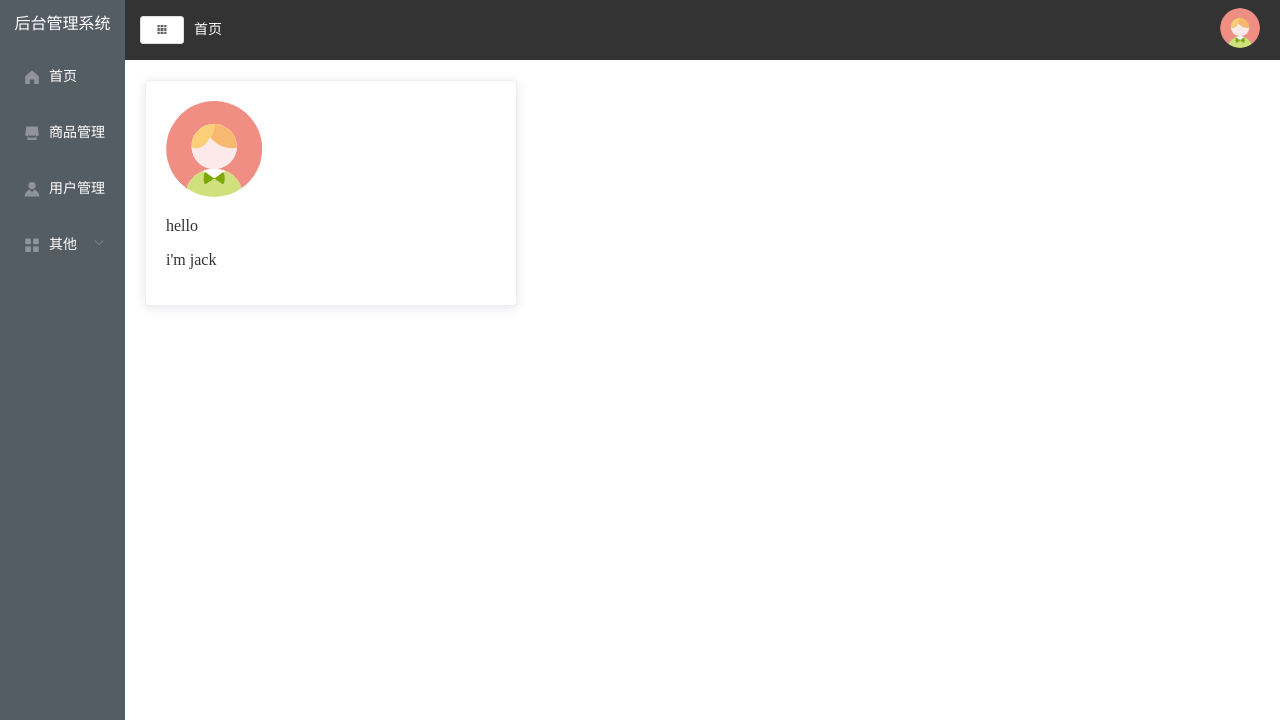
Repository: tkqi/manage
Page: /
These files come from the project's save history. The page is drawn as it stood at one moment and after a run of saves; the edit follows.
The browser window is 1280 px wide. The pictures show the whole page.
The project was rebuilt for these pictures with package versions that can differ from the ones it lists, and the page was loaded fresh each time. Also part of the build but not shown: vue.config.js.

Above is the page before, as saved 2023-12-03 15:31:11.

### src/main.js
import Vue from 'vue'
import App from './App.vue'
import router from './router'
import store from './store'
import ElementUI from 'element-ui';
import 'element-ui/lib/theme-chalk/index.css';

Vue.config.productionTip = false
Vue.use(ElementUI);

new Vue({
  router,
  store,
  render: h => h(App)
}).$mount('#app')

### src/App.vue
<template>
  <div id="app">
    <!-- 路由出口 -->
    <router-view />
  </div>
</template>

<script>
export default {
  name: 'App'
}
</script>

<style lang="less">
html,
body,
h3 {
  margin: 0;
  padding: 0;
}
</style>

### src/router/index.js
import Vue from 'vue'
import VueRouter from 'vue-router'
import routes from './routes'
Vue.use(VueRouter)


const router = new VueRouter({
  routes: routes
})

// 暴露router实例
export default router

### src/store/index.js
import Vue from 'vue'
import Vuex from 'vuex'
import tab from './tab.js'

Vue.use(Vuex)

const store = new Vuex.Store({
  state: {

  },
  getters: {
  },
  mutations: {
  },
  actions: {
  },
  modules: {
    tab
  }
})

export default store;

### src/router/routes.js
export default [
    // 主路由
    {
        path: '/',
        component: () => import('../views/Main.vue'),
        redirect: '/home',// 重定向
        // 子路由
        children: [
            {
                // 首页
                path: '/home',
                // 路由组件懒加载
                component: () => import('../views/Home.vue')
            },
            {
                // 用户管理
                path: '/user',
                component: () => import('../views/User.vue')
            },
            {
                // 商品管理
                path: '/mall',
                component: () => import('../views/Mall.vue')
            },
            {
                // 其他/页面1
                path: '/page1',
                component: () => import('../views/Page1.vue')
            },
            {
                // 其他/页面2
                path: '/page2',
                component: () => import('../views/Page2.vue')
            },
        ]
    },
    {
        path: '/home',
        // 路由组件懒加载
        component: () => import('../views/Home.vue')
    },
    {
        path: '/user',
        component: () => import('../views/User.vue')
    }
]

### src/store/tab.js
// 菜单相关数据
export default {
    state: {
        isCollapse: false
    },
    getters: {
        getisCollapse: (state) => state.isCollapse
    },
    mutations: {
        EDITIsCollapse(state){
            state.isCollapse = !state.isCollapse;
        }
    }
}

### src/views/Main.vue
<!-- eslint-disable vue/multi-word-component-names -->
<template>
    <div>
        <el-container>
            <el-aside width="auto">
                <sidebar />
            </el-aside>
            <el-container>
                <el-header>
                    <topbar />
                </el-header>
                <el-main>
                    <transition>
                        <router-view />
                    </transition>
                </el-main>
            </el-container>
        </el-container>
    </div>
</template>

<script>
import sidebar from '../components/sidebar.vue'
import topbar from '../components/topbar.vue';
export default {
    components: {
        sidebar,
        topbar
    }
}
</script>

<style lang="less" scoped>
.el-header {
    padding: 0;
    margin: 0;
}
</style>

### src/views/Home.vue
<!-- eslint-disable vue/multi-word-component-names -->
<template>
    <el-row>
        <el-col :span="8">
            <div class="grid-content bg-purple">
                <el-card class="box-card">
                    <div>
                        <img class="img" src="../assets/img/user-default.png" alt="">
                    </div>
                    <div>
                        <p>hello</p>
                        <p>i'm jack</p>
                    </div>
                </el-card>
            </div>
        </el-col>
        <el-col :span="16">
            <div class="grid-content bg-purple-light"></div>
        </el-col>
    </el-row>
</template>

<script>
export default {
    data() {
        return {

        }
    }
}
</script>

<style lang="less" scoped></style>

### src/components/sidebar.vue
<!-- eslint-disable vue/multi-word-component-names -->
<template>
    <el-menu class="menu" @open="handleOpen" @close="handleClose" :collapse="isCollapse" background-color="#545c64"
        text-color="#fff" active-text-color="#ffd04b">
        <h3>{{ !isCollapse?'后台管理系统':'后台' }}</h3>
        <el-menu-item v-for="item in noChildren" :key="item.name" :index="item.name" @click="clickMenu(item)">
            <i :class="`el-icon-${item.icon}`"></i>
            <span slot="title">{{ item.label }}</span>
        </el-menu-item>
        <el-submenu v-for="item in hasChildren" :key="item.label" :index="item.label">
            <template slot="title">
                <i :class="`el-icon-${item.icon}`"></i>
                <span slot="title">{{ item.label }}</span>
            </template>
            <el-menu-item-group v-for="subitem in item.children" :key="subitem.name">
                <el-menu-item :index="subitem.name" @click="clickSubmenu(subitem)">
                    <!-- <template slot="title"> -->
                    <i :class="`el-icon-${subitem.icon}`"></i>
                    <span slot="title">{{ subitem.name }}</span>
                    <!-- </template> -->
                </el-menu-item>
            </el-menu-item-group>
        </el-submenu>
    </el-menu>
</template>

<script>
export default {
    computed: {
        // 无子菜单
        noChildren() {
            return this.menuData.filter(o => !o.children);
        },
        // 有子菜单
        hasChildren() {
            return this.menuData.filter(o => o.children);
        },
        isCollapse() {
           return this.$store.state.tab.isCollapse;
        }
    },
    data() {
        return {
            // 使用store实时改变属性需要定义到computed
            // isCollapse: this.$store.getters('getisCollapse'),
            menuData: [
                {
                    path: '/',
                    name: 'home',
                    label: "首页",
                    icon: 's-home',
                    url: 'Home/Home'
                },
                {
                    path: '/mall',
                    name: 'mall',
                    label: "商品管理",
                    icon: 's-shop',
                    url: 'MallManage/MallManage'
                },
                {
                    path: '/user',
                    name: 'user',
                    label: "用户管理",
                    icon: 's-custom',
                    url: 'UserManage/UserManage'
                },
                {
                    label: '其他',
                    icon: 'menu',
                    children: [
                        {
                            path: '/page1',
                            name: 'page1',
                            label: "页面1",
                            icon: 's-claim',
                            url: 'Other/PageOne'
                        },
                        {
                            path: '/page2',
                            name: 'page2',
                            label: "页面2",
                            icon: 's-claim',
                            url: 'Other/PageTwo'
                        },
                    ]
                }
            ]
        };
    },
    methods: {
        handleOpen(key, keyPath) {
            console.log(key, keyPath);
        },
        handleClose(key, keyPath) {
            console.log(key, keyPath);
        },
        clickMenu(item) {
            console.log(this.$router.currentRoute.path);
            // 判断当前路由于点击链接的路由不一致才跳转
            if (item.path != this.$route.path && !(this.$route.path == '/home' && item.path == '/'))
                this.$router.push(item.path);
        },
        clickSubmenu(subitem) {
            // 判断当前路由于点击链接的路由不一致才跳转
            if (subitem.path != this.$route.path)
                this.$router.push(subitem.path);
        }
    }
}
</script>

<style lang="less" scoped>
.el-menu-vertical-demo:not(.el-menu--collapse) {
    width: 200px;
    min-height: 400px;
}

.menu {
    height: 100vh;
    border-right:0;
    h3 {
        color: rgb(255, 255, 255);
        text-align: center;
        line-height: 48px;
        font-size: 16px;
        font-weight: 400;
    }
}
</style>

### src/components/topbar.vue
<!-- eslint-disable vue/multi-word-component-names -->
<template>
    <div class="head-container">
        <div class="l-content">
            <el-button icon="el-icon-s-grid" size="mini" @click="changeCollapse()"/>
            <!-- 面包屑 -->
            <span class="text">首页</span>
        </div>
        <div class="r-content">
            <el-dropdown>
                <span class="el-dropdown-link">
                    <img class="img" src="../assets/img/user-default.png" alt="">
                </span>
                <el-dropdown-menu slot="dropdown">
                    <el-dropdown-item>个人中心</el-dropdown-item>
                    <el-dropdown-item>退出</el-dropdown-item>
                </el-dropdown-menu>
            </el-dropdown>
        </div>
    </div>
</template>

<script>
export default {
    data(){
        return{

        }
    },
    methods:{
        changeCollapse(){
            console.log(1);
            this.$store.commit('EDITIsCollapse');
        }
    }
}
</script>

<style lang="less" scoped>
.head-container {
    background-color: #333;
    height: 60px;
    display: flex;
    justify-content: space-between;
    align-items: center;
    padding-left: 15px;
    padding-right: 20px;
}

// .l-content {
//     padding-left: 15px;
// }

// .r-content {}

.text {
    color: white;
    font-size: 14px;
    padding-left: 10px;
}

.img{
    height: 40px;
    width: 40px;
    border-radius: 50%;
}
</style>

Loaded but not shown: public/index.html (common file)

After the next 2 saves:
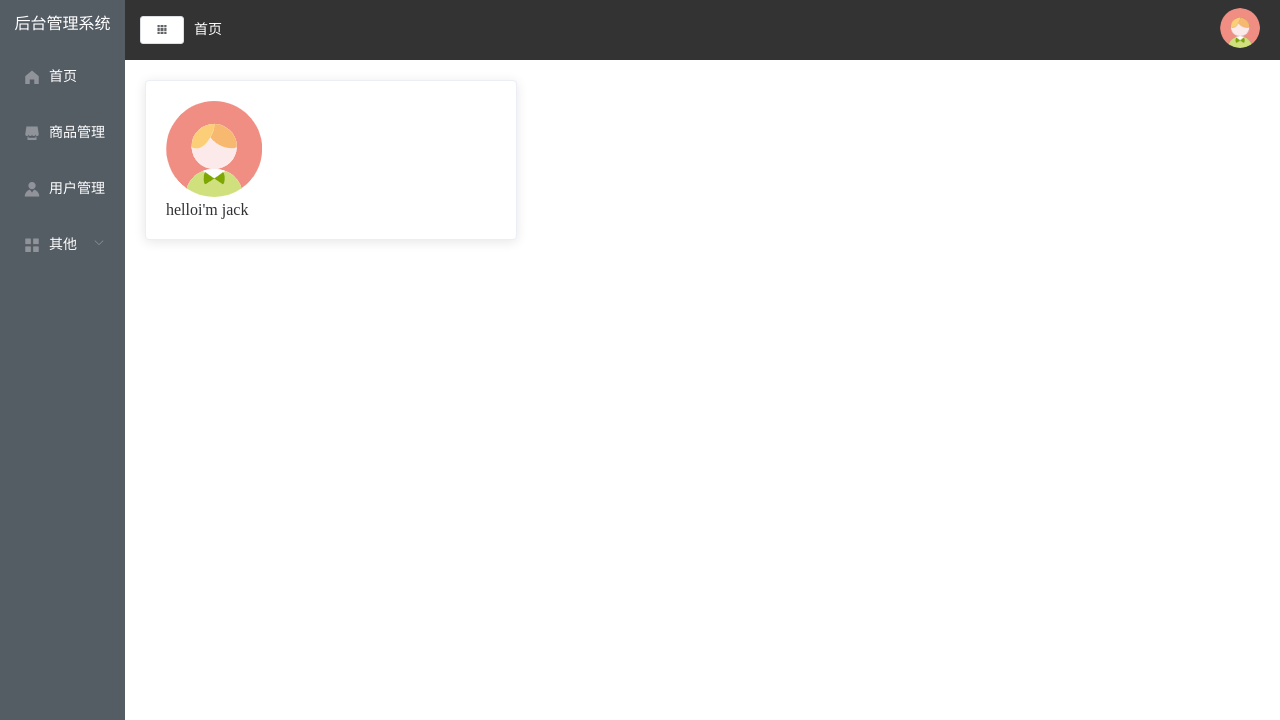
The 2 saves are shown as one change because they came seconds apart.
The last was saved 15 s later.
--- a/src/views/Home.vue
+++ b/src/views/Home.vue
@@ -8,8 +8,8 @@
                         <img class="img" src="../assets/img/user-default.png" alt="">
                     </div>
                     <div>
-                        <p>hello</p>
-                        <p>i'm jack</p>
+                        <span>hello</span>
+                        <span>i'm jack</span>
                     </div>
                 </el-card>
             </div>
